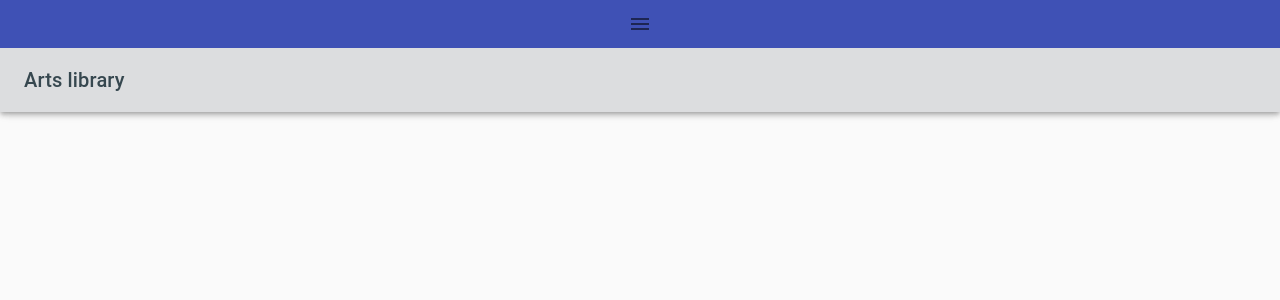
Repository: milosKomiRajkovic94/library-of-known-art
Page: /
An editor plug-in stored every save of this project. The page is shown before and after the next save, followed by the edit.
The browser window is 1280 px wide. The pictures show the whole page.
The project was rebuilt for these pictures with package versions that can differ from the ones it lists, and the page was loaded fresh each time.

Above is the page before, as saved 2020-03-05 11:03:28.

### src/index.js
import React from 'react';
import ReactDOM from 'react-dom';
import './scss/index.scss';
import App from './App';
import * as serviceWorker from './serviceWorker';
import { Provider } from 'react-redux';
import configureStore from './store';

const store = configureStore();

ReactDOM.render(
    <Provider
        store={store}
    >
        <App />
    </Provider>,
document.getElementById('root'));

// If you want your app to work offline and load faster, you can change
// unregister() to register() below. Note this comes with some pitfalls.
// Learn more about service workers: https://bit.ly/CRA-PWA
serviceWorker.unregister();

### src/scss/index.scss
@font-face{
    font-family: SourceSansPro-Regular;
    src: url('./SourceSansPro-Regular.otf') format('opentype')
}

html{
    height: 100%;
}

body{
    font-family: SourceSansPro-Regular;
    margin: 0px;
    height: 100%;
}

#root{
    height: 100%;
    width: 100%;
}

@import 'header';

### src/App.js
import React from 'react';

import  {
  createMuiTheme,
  ThemeProvider
} from '@material-ui/core/styles';

import Toolbar from '@material-ui/core/Toolbar';

import CssBaseline from '@material-ui/core/CssBaseline';

import HeaderContainer from './components/HeaderComponents/HeaderContainer';

class App extends React.Component{

  render(){

    const theme = createMuiTheme({
      typeography: {
        fontFamily: 'SourceSansPro-Regular'
      }
    })

    return(
      <ThemeProvider
        theme={theme}
      >
        <CssBaseline />
        <HeaderContainer />
        <Toolbar />
      </ThemeProvider>
    )
  }

}


export default App;

### src/store.js
import {createStore, applyMiddleware} from 'redux';

import thunk from 'redux-thunk';

import rootReducer from './reducers';

import logger from 'redux-logger';

export default function configureStore(){
    return createStore(
        rootReducer,
        process.env.NODE_ENV === 'production' && window.devToolsExtension ?
        applyMiddleware(thunk)
        :
        applyMiddleware(thunk, logger),
        //window.__REDUX_DEVTOOLS_EXTENSION__ && window.__REDUX_DEVTOOLS_EXTENSION__())
    )
}

### src/scss/_header.scss
.MuiToolbar-root.MuiToolbar-regular.toolbar.MuiToolbar-gutters {
    background-color: #DCDDDF;
    color: #36474F;
    display: inline-flex;
}

### src/components/HeaderComponents/HeaderContainer.js
import React from 'react';

import AppBar from '@material-ui/core/AppBar';

import Toolbar from '@material-ui/core/Toolbar';

import Typography from '@material-ui/core/Typography';

import MenuIcon from '@material-ui/icons/Menu';

import IconButton from '@material-ui/core/IconButton';

class HeaderContainer extends React.Component{

    render(){
        return(
            <AppBar
                position={'fixed'}
                className={'appBar'}
            >
                <IconButton

                >
                    <MenuIcon />
                </IconButton>
                <Toolbar
                    className={'toolbar'}
                >
                    <Typography
                        variant={'h6'}
                        display={'block'}
                    >
                        Arts library
                    </Typography>
                </Toolbar>
            </AppBar>
        )
    }
}

export default HeaderContainer;

### src/reducers/index.js
import{
    combineReducers
} from 'redux';

export default combineReducers({

})

Loaded but not shown: public/index.html (common file); src/serviceWorker.js (common file)

After the next save:
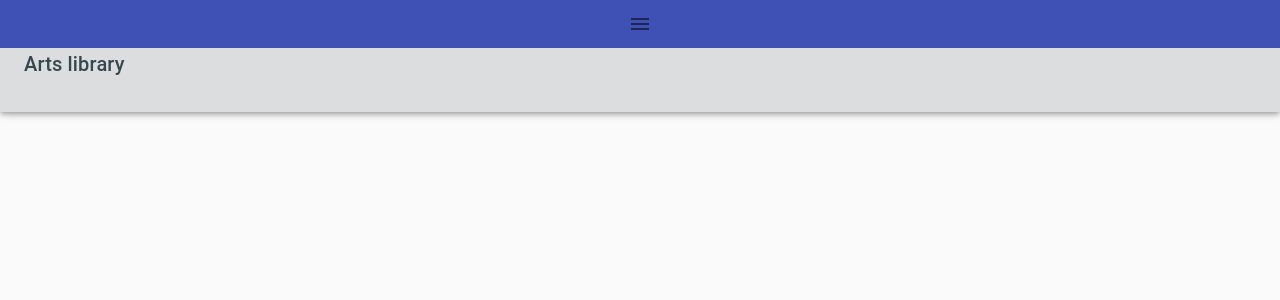
Saved 51 s later.
--- a/src/scss/_header.scss
+++ b/src/scss/_header.scss
@@ -1,5 +1,5 @@
 .MuiToolbar-root.MuiToolbar-regular.toolbar.MuiToolbar-gutters {
     background-color: #DCDDDF;
     color: #36474F;
-    display: inline-flex;
+    display: inline-block;
 }
